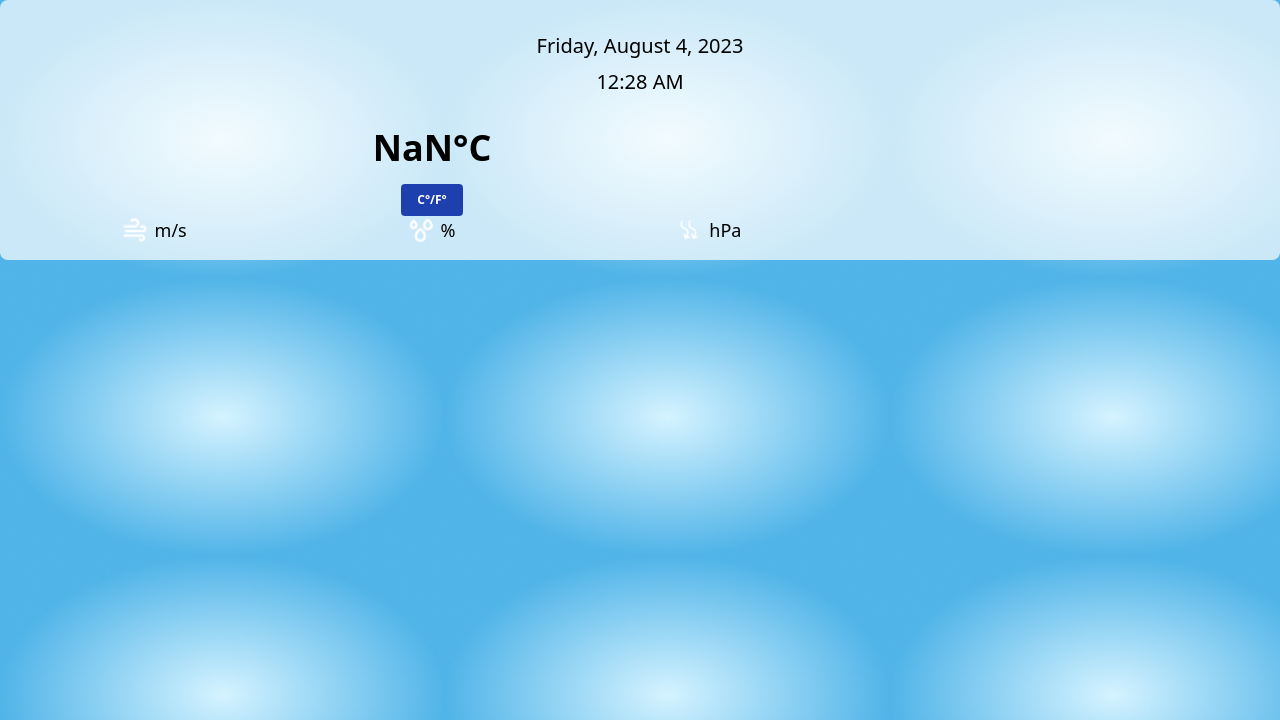
Repository: LukasMoyano/WeatherApp-_-LukasMoyano-_-V-_4.0_6.6.6
Page: /
The author's editor kept a copy of each file at every save. The page is drawn from the files as they stood at one save, then again after a run of saves.
The browser window is 1280 px wide. The pictures show the whole page.
The page's requests for data from a server got no answer. The project was rebuilt for these pictures with package versions that can differ from the ones it lists, and the page was loaded fresh each time. No one was signed in, and anything a server would have sent is missing. Also part of the build but not shown: vite.config.js.

Above is the page before, as saved 2023-08-06 15:22:08.

### index.html
<!DOCTYPE html>
<html lang="en">
  <head>
    <meta charset="UTF-8" />
    <link rel="icon" type="image/png" href="thor-hammer.png">
    <meta name="viewport" content="width=device-width, initial-scale=1.0" />
    <title>WeatherApp - LukasMoyano-_-V-_2.1.1</title>
  </head>
  <body>
    <div id="root"></div>
    <script type="module" src="/src/main.jsx"></script>
  </body>
</html>

### src/main.jsx
import React from 'react'
import ReactDOM from 'react-dom/client'
import App from "/src/App.jsx";

ReactDOM.createRoot(document.getElementById('root')).render(
  <React.StrictMode>
    <App />
  </React.StrictMode>,
)

### src/App.jsx
import { useEffect, useState } from "react";
import axios from "axios";
import Weather from "./components/Weather";
import "./App.css";

function App() {
  const [weatherInfo, setWeatherInfo] = useState(null);

  useEffect(() => {
    navigator.geolocation.getCurrentPosition(success);
  }, []);

  const success = (pos) => {
    console.log(pos);

    const lat = pos.coords.latitude;
    const lon = pos.coords.longitude;
    console.log({ lat, lon });

    const API_KEY = "f61630c5193995d939b6b8024057b009";

    const url = `https://api.openweathermap.org/data/2.5/weather?lat=${lat}&lon=${lon}&appid=${API_KEY}`;

    console.log(url)

    axios
      .get(url)
      .then(({ data }) => setWeatherInfo(data))
      .catch((err) => console.log(err))
  };

  return (
    <main className="bg-[url('/public/background/image001_LightVersion.jpg')] min-h-screen text-whte font-lato">
      <Weather weatherInfo={weatherInfo} />
    </main>
  );
}

export default App;

{/* <main classeName= img="image001_LightVersion.jpg"> */}
 {/* <div className="default-background min-h-screen flex flex-col items-center justify-center"> */}
   {/* <div className="w-full md:max-w-md mx-auto bg-gradient-to-br from-blue-200 to-blue-500 rounded-lg shadow-lg p-4"> */}
     {/* <h1 className="text-center text-3xl font-bold mb-4 font-sans header"> */}
       {/* Lukas<div className="font-bold text-5xl">Weather</div>App 4.0</h1> */}
   {/* </div> */}
 {/* </div> */}
 {/* </main> */}

### src/components/Weather.jsx
import { useState } from "react";

const Weather = ({ weatherInfo }) => {
  const [isCelsius, setIsCelsius] = useState(true);

  // Función para alternar entre Celsius y Fahrenheit al hacer clic en el botón
  const toggleTemperatureUnit = () => {
    setIsCelsius(!isCelsius); // Cambiar la unidad de temperatura entre Celsius y Fahrenheit
  };

  // Función para convertir la temperatura a la unidad seleccionada (Celsius o Fahrenheit)
  const convertTemperature = (temperature) => {
    if (isCelsius) {
      return Math.round(temperature - 273.15) + "°C"; // Conversión a Celsius
    } else {
      return Math.round(((temperature - 273.15) * 9) / 5 + 32) + "°F"; // Conversión a Fahrenheit
    }
  };

  // Función para obtener la fecha y hora actuales
  const getCurrentDateTime = () => {
    const currentDate = new Date();
    const options = {
      weekday: "long",
      day: "numeric",
      month: "long",
      year: "numeric",
    };
    const date = currentDate.toLocaleDateString(undefined, options); // Obtener la fecha actual
    const time = currentDate.toLocaleTimeString(undefined, {
      hour: "numeric",
      minute: "numeric",
    }); // Obtener la hora actual
    return { date, time };
  };

  const { date, time } = getCurrentDateTime(); // Obtener la fecha y la hora actuales

  return (
<section className="my-auto mx-auto items-center justify-center bg-white bg-opacity-70 p-4 rounded-lg text-center">
      <h2 className="text-2xl font-bold mb-4">{weatherInfo?.name}</h2>
      <p className="text-2xl mb-2">{weatherInfo?.sys?.country}</p>
      <p className="text-xl mb-2">{date}</p> {/* Mostrar la fecha */}
      <p className="text-xl">{time}</p> {/* Mostrar la hora */}

      <div className="flex flex-col md:flex-row md:items-start mt-4">
        <div className="md:w-2/3 md:mr-4">
          <article className="mb-4 md:mb-0">
            {/* Icono del clima */}
            <div className="relative">
              {weatherInfo?.weather[0].icon ? (
                <img
                  src={`https://openweathermap.org/img/wn/${weatherInfo?.weather[0].icon}@4x.png`}
                  alt="Weather Icon"
                  className="mx-auto h-24"
                />
              ) : null}
              {/* Superposición para efecto de sombreado */}
              <div className="absolute inset-0 bg-white opacity-50 rounded-lg"></div>
            </div>
            <h3 className="text-base mt-4 mb-2">
              {weatherInfo?.weather[0].description}{" "}
              {/* Mostrar la descripción del clima */}
            </h3>
            <span className="text-4xl font-bold">
              {convertTemperature(weatherInfo?.main.temp)}{" "}
              {/* Mostrar la temperatura convertida */}
            </span>
          </article>
          <button
            onClick={toggleTemperatureUnit}
            className="bg-blue-800 hover:bg-blue-700 text-white font-bold py-2 px-4 rounded mt-4 mx-auto block text-xs"
          >
            C°/F°
          </button>{" "}
          {/* Botón para cambiar la unidad de temperatura */}
          <section className="grid grid-cols-3">
            <article className="flex items-center justify-center flex-col">
              <div className="flex items-center">
                <img
                  src="./images/wind.png"
                  alt="Wind Icon"
                  className="w-6 h-6 mr-2"
                />
                <span className="text-lg">{weatherInfo?.wind.speed}m/s</span>{" "}
                {/* Mostrar la velocidad del viento */}
              </div>
            </article>

            <article className="flex items-center justify-center flex-col">
              <div className="flex items-center">
                <img
                  src="./images/humidity.png"
                  alt="Humidity Icon"
                  className="w-6 h-6 mr-2"
                />
                <span className="text-lg">{weatherInfo?.main.humidity}%</span>{" "}
                {/* Mostrar la humedad */}
              </div>
            </article>

            <article className="flex items-center justify-center flex-col">
              <div className="flex items-center">
                <img
                  src="./images/pressure.png"
                  alt="Pressure Icon"
                  className="w-6 h-6 mr-2"
                />
                <span className="text-lg">{weatherInfo?.main.pressure}hPa</span>{" "}
                {/* Mostrar la presión */}
              </div>
            </article>
          </section>
        </div>
      </div>
    </section>
  );
};

export default Weather;

### src/App.css
@import 'tailwindcss/base';
@import 'tailwindcss/components';
@import 'tailwindcss/utilities';

### tailwind.config.js
/** @type {import('tailwindcss').Config} */
export default {
  content: [
    "./index.html",
    "./src/**/*.{js,ts,jsx,tsx}",
  ],
  theme: {
    extend: {},
    fontFamily: {
      Lato: ["Lato", "Sans-Serif"]
    }
  },
  plugins: [],

}

After the next 2 saves:
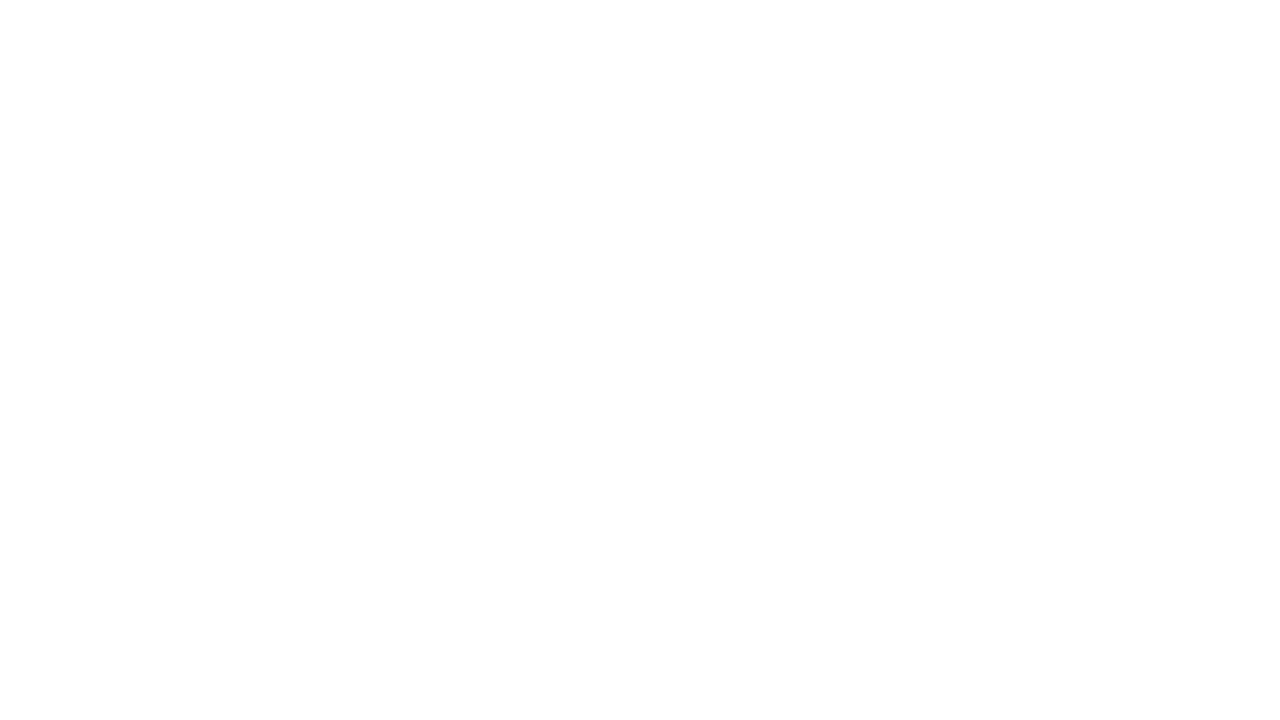
Console error: ReferenceError: toggleDarkMode is not defined
The 2 saves are shown as one change because 1 did not build or start.
The last was saved 33 min 21 s later.
--- a/src/App.jsx
+++ b/src/App.jsx
@@ -30,19 +30,20 @@
   };
 
   return (
-    <main className="bg-[url('/public/background/image001_LightVersion.jpg')] min-h-screen text-whte font-lato">
-      <Weather weatherInfo={weatherInfo} />
-    </main>
+    <div> {/* Contenedor de envoltura */}
+      <button
+        onClick={toggleDarkMode}
+        className={`text-white bg-gray-800 hover:bg-gray-700 text-sm font-bold py-2 px-4 rounded`}
+      >
+        {isDarkMode ? "Modo Claro" : "Modo Oscuro"}
+      </button>
+      <div className={`${darkMode(isDarkMode)} bg-white text-black`}>
+        <main className="bg-[url('/public/background/image001_LightVersion.jpg')] min-h-screen text-white font-lato">
+          <Weather weatherInfo={weatherInfo} />
+        </main>
+      </div>
+    </div>
   );
 }
 
 export default App;
-
-{/* <main classeName= img="image001_LightVersion.jpg"> */}
- {/* <div className="default-background min-h-screen flex flex-col items-center justify-center"> */}
-   {/* <div className="w-full md:max-w-md mx-auto bg-gradient-to-br from-blue-200 to-blue-500 rounded-lg shadow-lg p-4"> */}
-     {/* <h1 className="text-center text-3xl font-bold mb-4 font-sans header"> */}
-       {/* Lukas<div className="font-bold text-5xl">Weather</div>App 4.0</h1> */}
-   {/* </div> */}
- {/* </div> */}
- {/* </main> */}

After the 2 saves that followed:
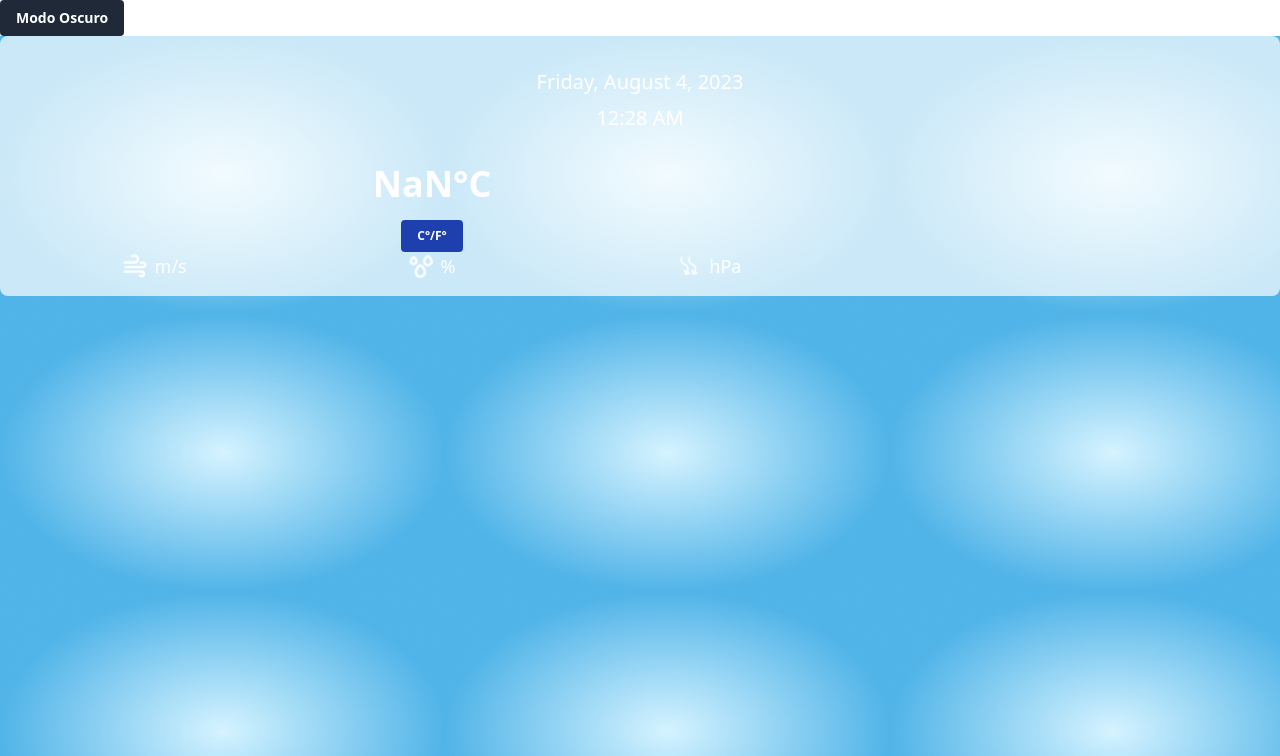
The error is gone.
The 2 saves are shown as one change because 1 did not build or start.
The last was saved 3 min 1 s later.
--- a/src/App.jsx
+++ b/src/App.jsx
@@ -5,6 +5,7 @@
 
 function App() {
   const [weatherInfo, setWeatherInfo] = useState(null);
+  const [isDarkMode, setIsDarkMode] = useState(false); // Agregamos el estado para el modo oscuro
 
   useEffect(() => {
     navigator.geolocation.getCurrentPosition(success);
@@ -21,12 +22,16 @@
 
     const url = `https://api.openweathermap.org/data/2.5/weather?lat=${lat}&lon=${lon}&appid=${API_KEY}`;
 
-    console.log(url)
+    console.log(url);
 
     axios
       .get(url)
       .then(({ data }) => setWeatherInfo(data))
-      .catch((err) => console.log(err))
+      .catch((err) => console.log(err));
+  };
+
+  const toggleDarkMode = () => {
+    setIsDarkMode(!isDarkMode); // Cambia el estado del modo oscuro
   };
 
   return (
@@ -37,7 +42,7 @@
       >
         {isDarkMode ? "Modo Claro" : "Modo Oscuro"}
       </button>
-      <div className={`${darkMode(isDarkMode)} bg-white text-black`}>
+      <div className={`${isDarkMode ? "dark-mode" : ""} bg-white text-black`}>
         <main className="bg-[url('/public/background/image001_LightVersion.jpg')] min-h-screen text-white font-lato">
           <Weather weatherInfo={weatherInfo} />
         </main>
